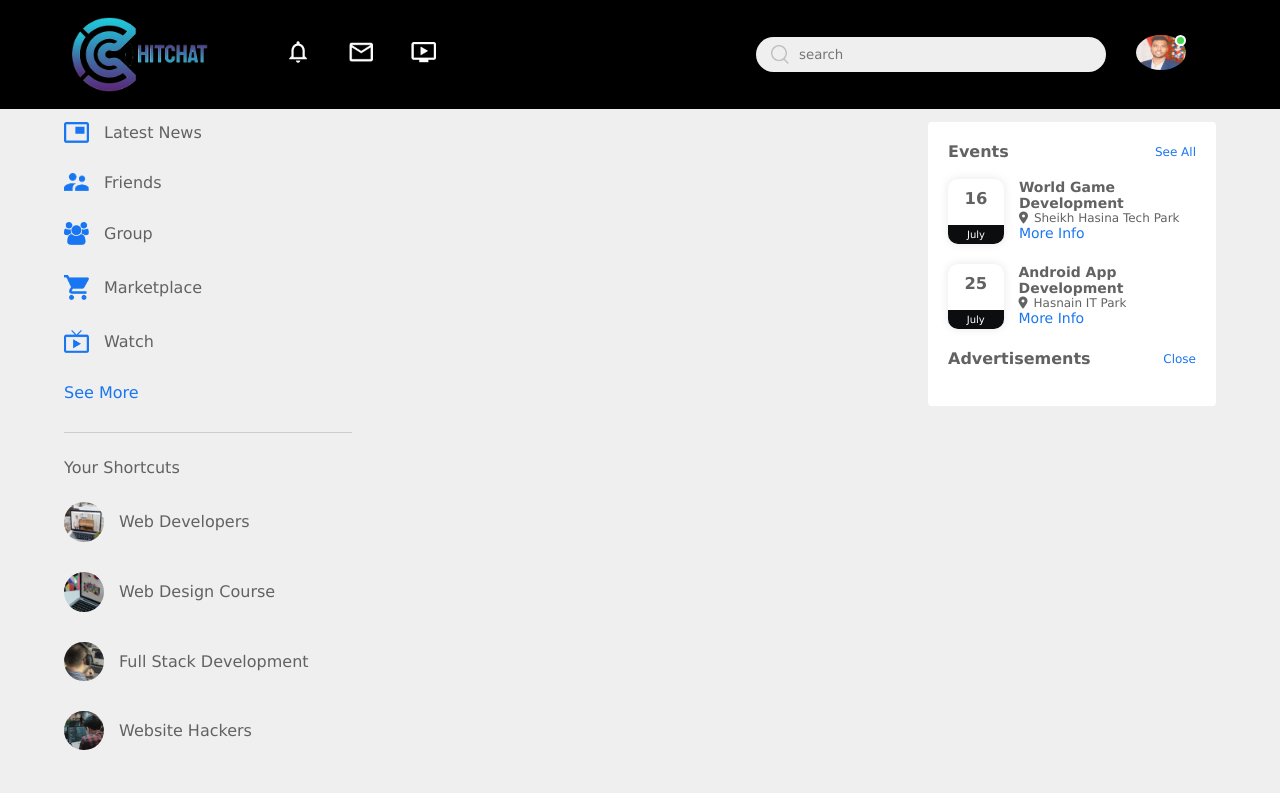
Repository: omarhasnain/ChitChat
Page: index.html
These files come from the project's save history. The page is drawn as it stood at one moment and after the next save; the edit follows.
The browser window is 1280 px wide. The pictures show the whole page.
Some web libraries are served in a nearby version.

Above is the page before, as saved 2021-07-12 22:02:43.

### index.html
<!DOCTYPE html>
<html lang="en">

<head>
    <meta charset="UTF-8">
    <meta http-equiv="X-UA-Compatible" content="IE=edge">
    <meta name="viewport" content="width=device-width, initial-scale=1.0">
    <title>ChitChat</title>
    <link rel="stylesheet" href="style.css">
    <link rel="shortcut icon" href="images/fav-ico.ico" type="image/x-icon">
    <script src="https://kit.fontawesome.com/07933890e6.js" crossorigin="anonymous"></script>
</head>

<body>
    <nav>
        <div class="nav-left">
            <img src="images/logo4.png" alt="logo" class="logo">
            <ul>
                <li><img src="images/notification.png" alt="" class=""></li>
                <li><img src="images/inbox.png" alt="" class=""></li>
                <li><img src="images/video.png" alt="" class=""></li>
            </ul>
        </div>
        <div class="nav-right">
            <div class="search-box">
                <img src="images/search.png" alt="">
                <input type="text" placeholder="search">
            </div>
            <div class="nav-user-icon online">
                <img src="images/FC.jpg" alt="">
            </div>
        </div>
    </nav>
    <div class="container">
        <!---- Left sidebar --->
        <div class="left-sidebar">
            <div class="important-links">
                <a href="#"><img src="images/news.png" alt="news">Latest News</a>
                <a href="#"><img src="images/friends.png">Friends</a>
                <a href="#"><img src="images/group.png">Group</a>
                <a href="#"><img src="images/marketplace.png">Marketplace</a>
                <a href="#"><img src="images/watch.png">Watch</a>
                <a href="#">See More</a>
            </div>
            <div class="shortcut-links">
                <p>Your Shortcuts</p>
                <a href="#"><img src="images/shortcut-1.png" alt="">Web Developers</a>
                <a href="#"><img src="images/shortcut-2.png" alt="">Web Design Course</a>
                <a href="#"><img src="images/shortcut-3.png" alt="">Full Stack Development</a>
                <a href="#"><img src="images/shortcut-4.png" alt="">Website Hackers</a>
            </div>
        </div>
        <!---- Main Content --->
        <div class="main-content"></div>
        <!---- Right sidebar --->
        <div class="right-sidebar">
            <div class="sidebar-title">
                <h4>Events</h4>
                <a href="#">See All</a>
            </div>
            <div class="event">
                <div class="left-event">
                    <h3>16</h3>
                    <span>July</span>
                </div>
                <div class="right-event">
                    <h4>World Game Development</h4>
                    <p><i class="fas fa-map-marker-alt"></i>Sheikh Hasina Tech Park</p>
                    <a href="">More Info</a>
                </div>
            </div>
            <div class="event">
                <div class="left-event">
                    <h3>25</h3>
                    <span>July</span>
                </div>
                <div class="right-event">
                    <h4>Android App Development</h4>
                    <p><i class="fas fa-map-marker-alt"></i>Hasnain IT Park </p>
                    <a href="">More Info</a>
                </div>
            </div>
            <div class="sidebar-title">
                <h4>Advertisements</h4>
                <a href="#">Close</a>
            </div>
        </div>
    </div>
</body>

</html>

### style.css
* {
    margin: 0;
    padding: 0;
    font-family: Verdana;
    box-sizing: border-box;
}

body {
    background-color: #efefef;
}

nav {
    display: flex;
    align-items: center;
    justify-content: space-between;
    background: rgb(0, 0, 0);
    padding: 5px 5%;
    position: sticky;
    top: 0;
    z-index: 100;
}

.logo {
    width: 160px;
    margin-right: 45px;
}

.nav-left,
.nav-right {
    display: flex;
    align-items: center;
}

.nav-left ul li {
    list-style: none;
    display: inline-block;
}

.nav-left ul li img {
    width: 28px;
    margin: 0 15px;
    cursor: pointer;
}

.nav-user-icon img {
    width: 50px;
    height: 35px;
    border-radius: 100%;
    cursor: pointer;
}

.nav-user-icon {
    margin: 30px;
}

.search-box {
    background: #efefef;
    width: 350px;
    border-radius: 20px;
    display: flex;
    align-items: center;
    padding: 0 15px;
}

.search-box img {
    width: 18px;
    cursor: pointer;
}

.search-box input {
    background: transparent;
    width: 100%;
    border: 0;
    display: flex;
    align-items: center;
    padding: 10px;
    outline: none;
}

.online {
    position: relative;
}

.online::after {
    content: '';
    width: 7px;
    height: 7px;
    border: 2px solid #fff;
    border-radius: 50%;
    background: #41db51;
    position: absolute;
    top: 0;
    right: 0;
}

.container {
    display: flex;
    justify-content: space-between;
    padding: 13px 5%;
}

.left-sidebar {
    flex-basis: 25%;
    position: sticky;
    top: 70px;
    align-self: flex-start;
}

.right-sidebar {
    flex-basis: 25%;
    position: sticky;
    top: 70px;
    align-self: flex-start;
    background: #fff;
    padding: 20px;
    border-radius: 4px;
    color: #626262;
}

.main-content {
    flex-basis: 47%;
}

.important-links a,
.shortcut-links a {
    text-decoration: none;
    display: flex;
    align-items: center;
    margin-bottom: 30px;
    color: #626262;
    width: fit-content;
}

.important-links a img {
    width: 25px;
    margin-right: 15px;
}

.important-links a:last-child {
    color: #1876f2;
}

.important-links {
    border-bottom: 1px solid #ccc;
}

.shortcut-links a img {
    width: 40px;
    border-radius: 30px;
    margin-right: 15px;
}

.shortcut-links p {
    margin: 25px 0;
    color: #626262;
    font-weight: 500;
}

.sidebar-title {
    display: flex;
    align-items: center;
    justify-content: space-between;
    margin-bottom: 18px;
}

.sidebar-title h4 {
    font-weight: 600;
    font-size: 16px;
}

.sidebar-title a {
    text-decoration: none;
    color: #1876f2;
    font-size: 12px;
}

.event {
    display: flex;
    font-size: 14px;
    margin-bottom: 20px;
}

.left-event {
    border-radius: 10px;
    height: 65px;
    width: 65px;
    margin-right: 15px;
    padding-top: 10px;
    text-align: center;
    position: relative;
    overflow: hidden;
    box-shadow: 0 0 10px rgba(0, 0, 0, 0.1);
}

.event p {
    font-size: 12px;
}

.event a {
    font-size: 12 px;
    text-decoration: none;
    color: #1876f2;
}

.left-event span {
    position: absolute;
    bottom: 0;
    left: 0;
    width: 100%;
    background: #0b0d0f;
    font-size: 10px;
    padding: 4px 0;
    color: #fff;
}

.fas {
    padding-right: 6px;
}

After the next save:
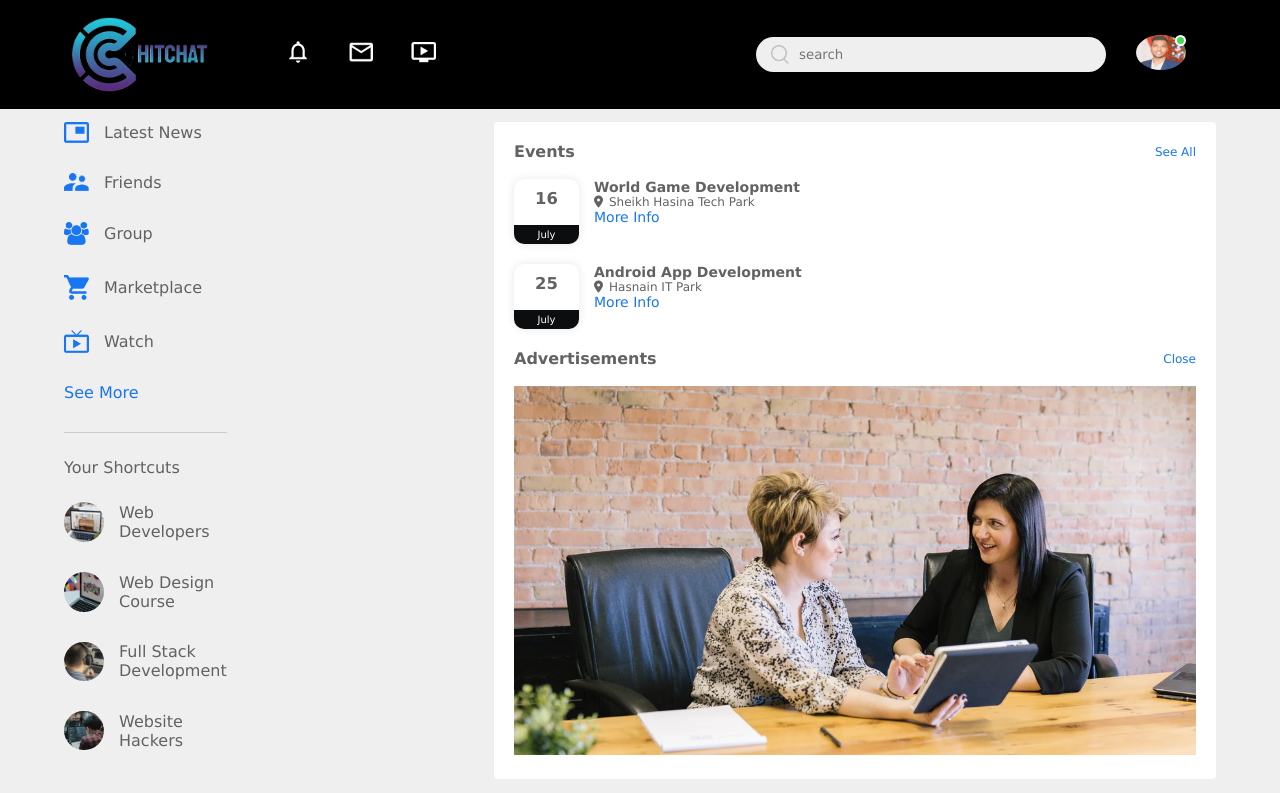
Saved 10 min 27 s later.
--- a/index.html
+++ b/index.html
@@ -84,6 +84,7 @@
                 <h4>Advertisements</h4>
                 <a href="#">Close</a>
             </div>
+            <img src="images/advertisement.png" class="sidebar-ads" alt="">
         </div>
     </div>
 </body>
